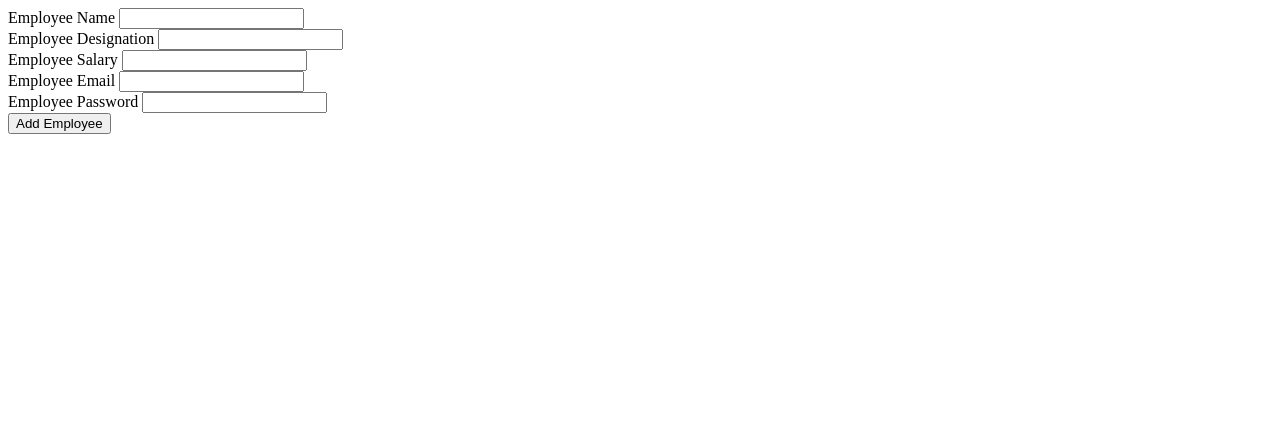
Repository: mohanraj2593/Spring
Page: http://localhost/Crud3/addEmployee.jsp
An editor plug-in stored every save of this project. The page is shown before and after the next save, followed by the edit.
The browser window is 1280 px wide. The pictures show the whole page.
The page is served by Tomcat 10.

Above is the page before, as saved 2024-10-19 14:12:02.

After the next save:
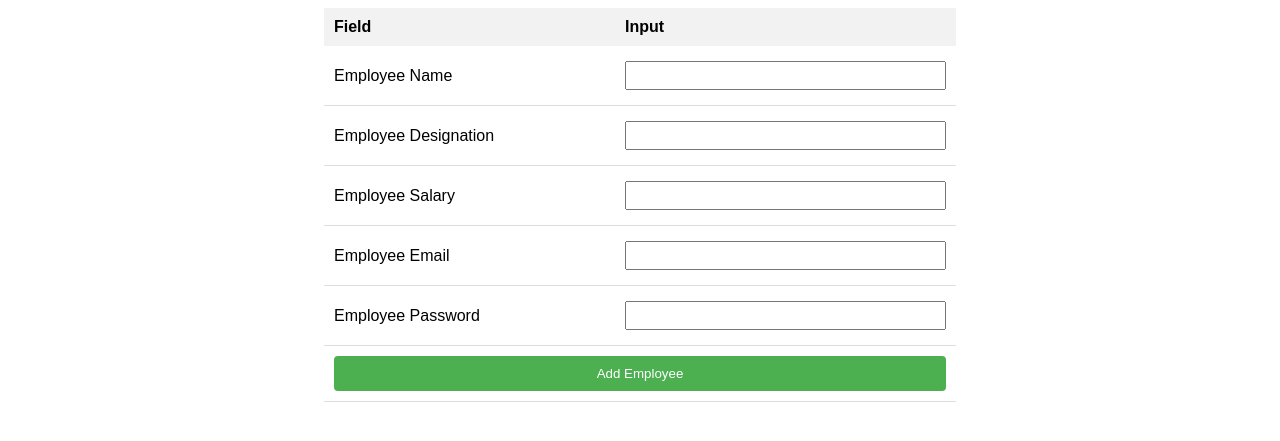
Saved 2 min 23 s later.
--- a/Crud3/src/main/webapp/addEmployee.jsp
+++ b/Crud3/src/main/webapp/addEmployee.jsp
@@ -5,15 +5,76 @@
 <head>
 <meta charset="UTF-8">
 <title>Insert title here</title>
+<style>
+    table {
+        width: 50%;
+        margin: 0 auto;
+        border-collapse: collapse;
+        font-family: Arial, sans-serif;
+    }
+    th, td {
+        padding: 10px;
+        text-align: left;
+    }
+    th {
+        background-color: #f2f2f2;
+    }
+    td {
+        border-bottom: 1px solid #ddd;
+    }
+    input[type="text"], input[type="number"], input[type="password"] {
+        width: 100%;
+        padding: 5px;
+        margin: 5px 0;
+        box-sizing: border-box;
+    }
+    input[type="submit"] {
+        width: 100%;
+        padding: 10px;
+        background-color: #4CAF50;
+        color: white;
+        border: none;
+        border-radius: 4px;
+        cursor: pointer;
+    }
+    input[type="submit"]:hover {
+        background-color: #45a049;
+    }
+</style>
 </head>
 <body>
 <form>
-Employee Name <input type="text" name="empname"><br>
-Employee Designation <input type="text" name="desig"><br>
-Employee Salary <input type="number" name="salary"><br>
-Employee Email <input type="text" name="email"><br>
-Employee Password <input type="password" name="password"><br>
-<input type="submit" value="Add Employee">
+    <table>
+        <tr>
+            <th>Field</th>
+            <th>Input</th>
+        </tr>
+        <tr>
+            <td>Employee Name</td>
+            <td><input type="text" name="empname"></td>
+        </tr>
+        <tr>
+            <td>Employee Designation</td>
+            <td><input type="text" name="desig"></td>
+        </tr>
+        <tr>
+            <td>Employee Salary</td>
+            <td><input type="number" name="salary"></td>
+        </tr>
+        <tr>
+            <td>Employee Email</td>
+            <td><input type="text" name="email"></td>
+        </tr>
+        <tr>
+            <td>Employee Password</td>
+            <td><input type="password" name="password"></td>
+        </tr>
+        <tr>
+            <td colspan="2">
+                <input type="submit" value="Add Employee">
+            </td>
+        </tr>
+    </table>
 </form>
 </body>
 </html>
